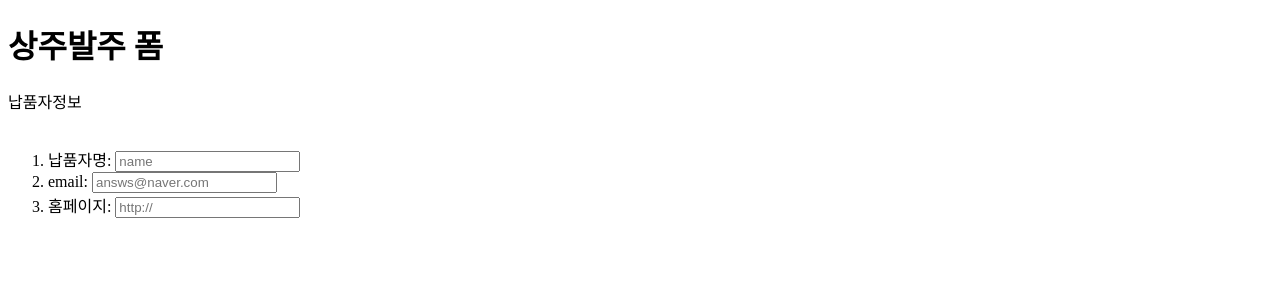
Repository: bianchi112/ict-data
Page: web_workspace/testHTMLProject2/src/main/webapp/views/practice/productform.html
An editor plug-in stored every save of this project. The page is shown before and after the next save, followed by the edit.
The browser window is 1280 px wide. The pictures show the whole page.

Above is the page before, as saved 2024-08-16 03:46:49.

### web_workspace/testHTMLProject2/src/main/webapp/views/practice/productform.html
<!DOCTYPE html>
<html>
<head>
<meta charset="UTF-8">
<title>productform</title>
</head>
<body>
<header>
	<h1>상주발주 폼</h1>
</header>
납품자정보 <br><br>
<ol>
	<li>
		납품자명: <input type="text" placeholder="name">
	</li>
	<li>
		email: <input type="email" placeholder="answs@naver.com">
	</li>
	<li>
		홈페이지: <input type="text" placeholder="http://">
	</li>
</ol>
</body>
</html>

After the next save:
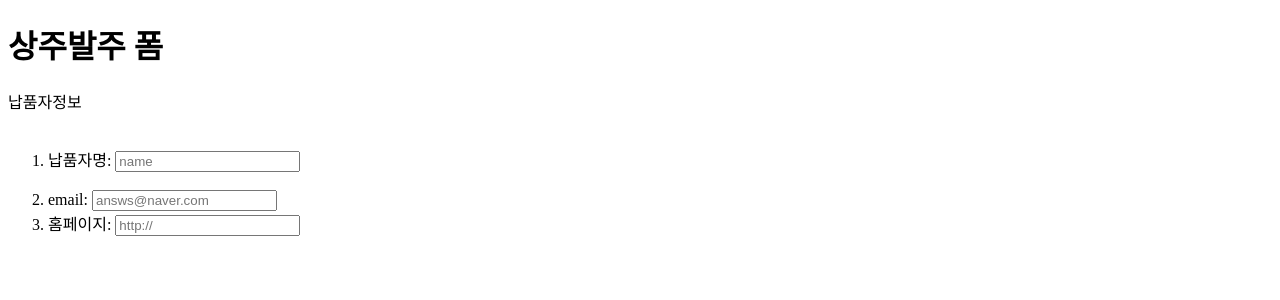
Saved 9 s later.
--- a/web_workspace/testHTMLProject2/src/main/webapp/views/practice/productform.html
+++ b/web_workspace/testHTMLProject2/src/main/webapp/views/practice/productform.html
@@ -12,7 +12,7 @@
 <ol>
 	<li>
 		납품자명: <input type="text" placeholder="name">
-	</li>
+	</li><br>
 	<li>
 		email: <input type="email" placeholder="answs@naver.com">
 	</li>

After the save that followed:
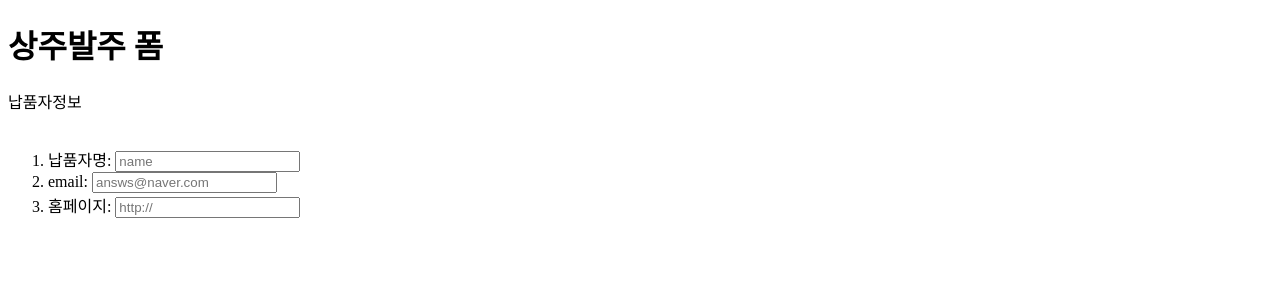
Saved 5 s later.
--- a/web_workspace/testHTMLProject2/src/main/webapp/views/practice/productform.html
+++ b/web_workspace/testHTMLProject2/src/main/webapp/views/practice/productform.html
@@ -11,10 +11,10 @@
 납품자정보 <br><br>
 <ol>
 	<li>
-		납품자명: <input type="text" placeholder="name">
-	</li><br>
+		납품자명: <input type="text" placeholder="name"><br>
+	</li>
 	<li>
-		email: <input type="email" placeholder="answs@naver.com">
+		email: <input type="email" placeholder="answs@naver.com"><br>
 	</li>
 	<li>
 		홈페이지: <input type="text" placeholder="http://">
